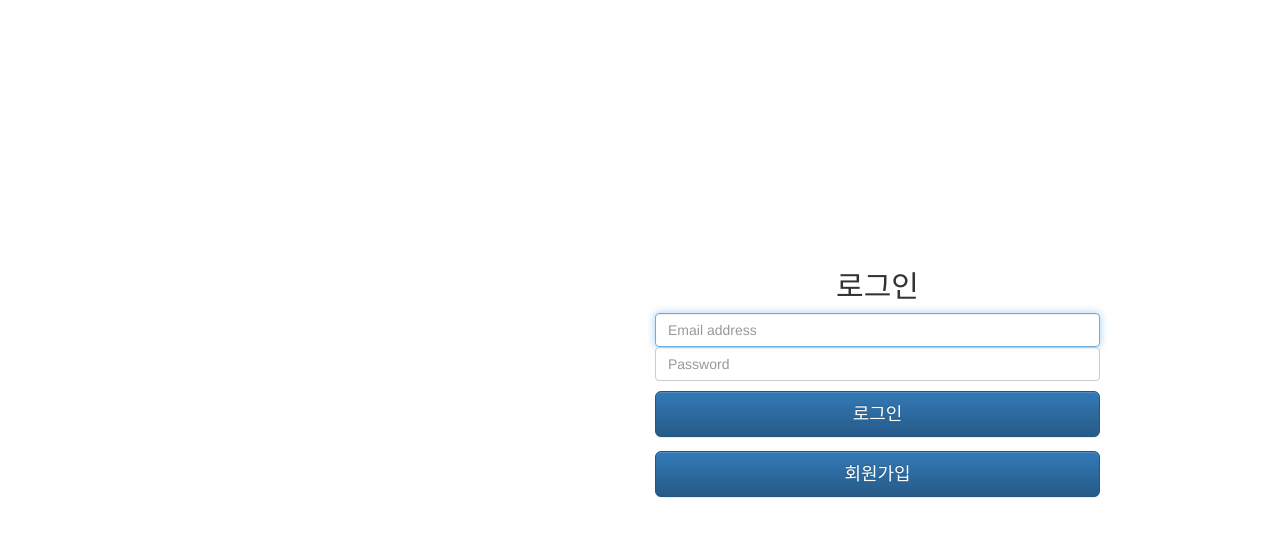
Repository: hrhwbp/Acorn-Final-Project
Page: http://localhost/final_project/index.jsp
The author's editor kept a copy of each file at every save. The page is drawn from the files as they stood at one save, then again after a run of saves.
The browser window is 1280 px wide. The pictures show the whole page.
Some web libraries are served in a nearby version. The page is served by Tomcat 9. Nobody is signed in. The application's start-up code is not run. Other server files are loaded and not shown.

Above is the page before, as saved 2016-10-26 03:38:03.

### final_project/src/main/webapp/index.jsp
<%@ page language="java" contentType="text/html; charset=UTF-8"
	pageEncoding="UTF-8"%>
<!DOCTYPE html">
<html>
<head>
<meta http-equiv="Content-Type" content="text/html; charset=UTF-8">
<title>Insert title here</title>
<!-- 합쳐지고 최소화된 최신 CSS -->
<link rel="stylesheet"
	href="https://maxcdn.bootstrapcdn.com/bootstrap/3.3.2/css/bootstrap.min.css">
<!-- 부가적인 테마 -->
<link rel="stylesheet"
	href="https://maxcdn.bootstrapcdn.com/bootstrap/3.3.2/css/bootstrap-theme.min.css">
<!-- 합쳐지고 최소화된 최신 자바스크립트 -->
<script
	src="https://ajax.googleapis.com/ajax/libs/jquery/3.1.1/jquery.min.js"></script>
<script
	src="https://maxcdn.bootstrapcdn.com/bootstrap/3.3.2/js/bootstrap.min.js"></script>
</head>
<body>
	<div class="container" style="padding-top: 250px">
		<div class="container col-md-5 col-md-offset-1"></div>
		<div class="container col-md-5">
			<form class="form-signin">
				<h2 class="form-signin-heading text-center">로그인</h2>
				<label for="inputEmail" class="sr-only">Email address</label>
					<input
					type="email" id="inputEmail" class="form-control"
					placeholder="Email address" required autofocus>
					<label
					for="inputPassword" class="sr-only">Password</label> <input
					type="password" id="inputPassword" class="form-control"
					placeholder="Password" required>
				<div class="checkbox"></div>
				<button class="btn btn-lg btn-primary btn-block" type="submit">로그인</button>
			</form>
			<button class="btn btn-lg btn-primary btn-block" type="button">회원가입</button>
		</div>
	</div>
</body>
</html>

After the next 2 saves:
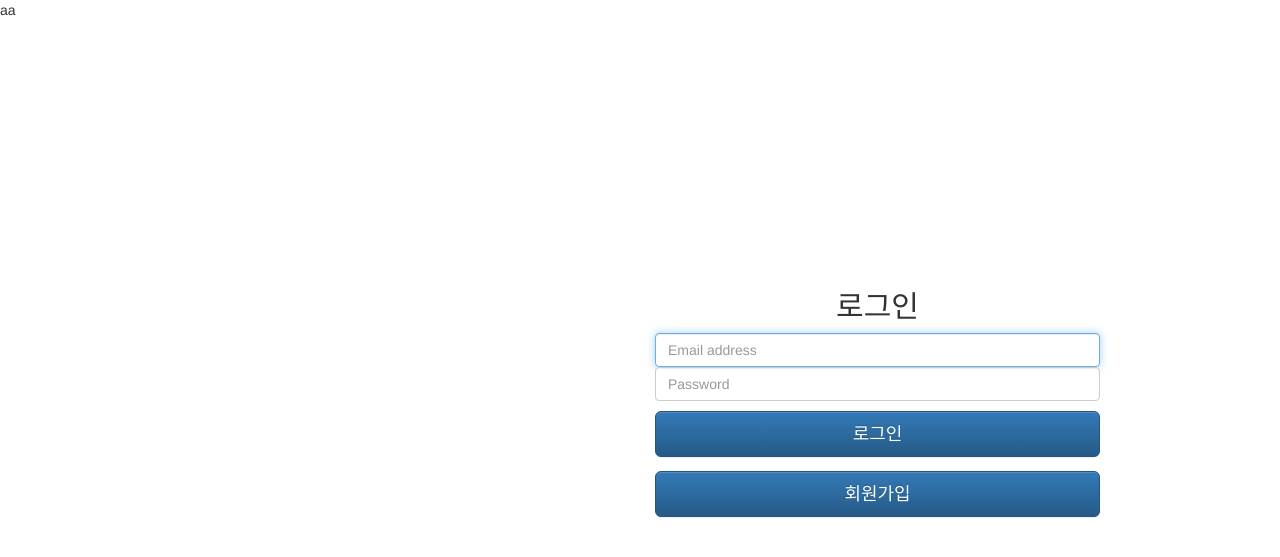
The 2 saves are shown as one change because they came seconds apart.
The last was saved 26 s later.
--- a/final_project/src/main/webapp/index.jsp
+++ b/final_project/src/main/webapp/index.jsp
@@ -18,6 +18,8 @@
 	src="https://maxcdn.bootstrapcdn.com/bootstrap/3.3.2/js/bootstrap.min.js"></script>
 </head>
 <body>
+<div>aa
+</div>
 	<div class="container" style="padding-top: 250px">
 		<div class="container col-md-5 col-md-offset-1"></div>
 		<div class="container col-md-5">

After the 2 saves that followed:
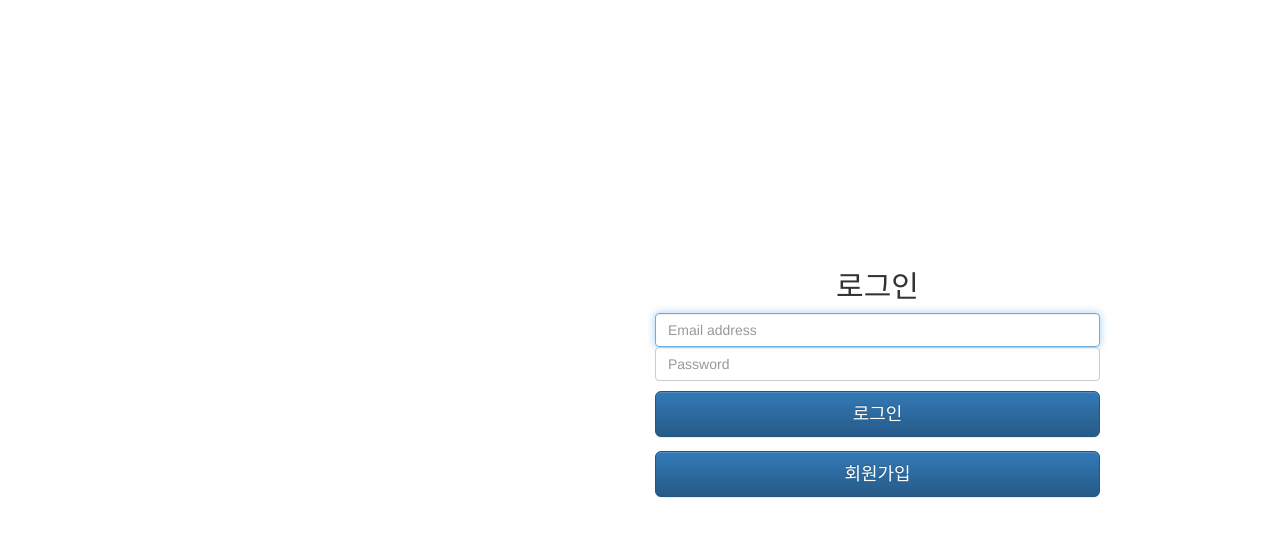
The 2 saves are shown as one change because 1 left the picture as it was.
The last was saved 4 min 23 s later.
--- a/final_project/src/main/webapp/index.jsp
+++ b/final_project/src/main/webapp/index.jsp
@@ -17,9 +17,7 @@
 <script
 	src="https://maxcdn.bootstrapcdn.com/bootstrap/3.3.2/js/bootstrap.min.js"></script>
 </head>
-<body>
-<div>aa
-</div>
+<body class="center-block()">
 	<div class="container" style="padding-top: 250px">
 		<div class="container col-md-5 col-md-offset-1"></div>
 		<div class="container col-md-5">
